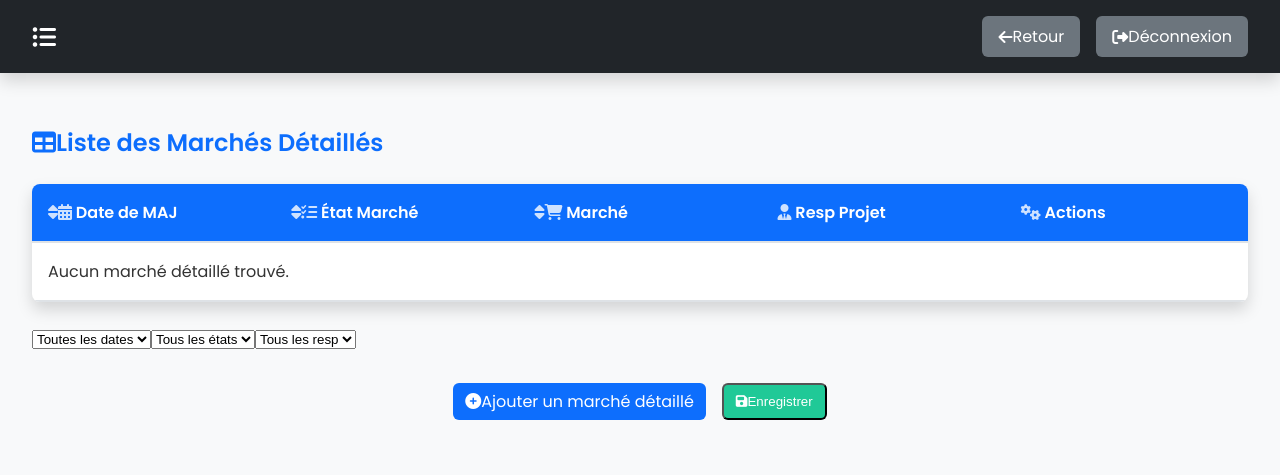
Repository: Andriatiana669/Retour_XP
Page: dashboard/templates/dashboard/liste_marche.html
An editor plug-in stored every save of this project. The page is shown before and after the next save, followed by the edit.
The browser window is 1280 px wide. The pictures show the whole page.
The page is served by the project's application, run on Django 5.2 (manage.py). Other server files are loaded and not shown. The template is opened directly, without the code that normally fills it, so the values that code supplies are empty.

Above is the page before, as saved 2026-01-07 14:48:35.

### dashboard/templates/dashboard/liste_marche.html
<!DOCTYPE html>
<html lang="fr">
<head>
    <meta charset="UTF-8">
    <meta name="viewport" content="width=device-width, initial-scale=1.0">
    <title>Liste des Marchés - {{ marche_global.nom }}</title>
    {% load static %}
    <link rel="stylesheet" href="{% static 'dashboard/css/liste_marche.css' %}">
    <link rel="stylesheet" href="https://cdnjs.cloudflare.com/ajax/libs/font-awesome/6.4.0/css/all.min.css">
    <link href="https://fonts.googleapis.com/css2?family=Poppins:wght@300;400;600&display=swap" rel="stylesheet">

    <!-- petite surcouche pour les boutons d'action -->
    <style>
        .actions-cell{display:flex;gap:.4rem;}
        .actions-cell .btn-voir{padding:.3rem .6rem;font-size:.8rem;}
        .etat-select{max-width:160px;font-size:.85rem;}
        .save-etat-btn{background:var(--success-color);color:#fff;border:none;
                       padding:.25rem .5rem;border-radius:.25rem;font-size:.8rem;cursor:pointer;}
        .center-buttons{display:flex;justify-content:center;gap:1rem;margin:2rem 0;}
    </style>
</head>
<body>
<header>
    <h1><i class="fas fa-list-ul me-2"></i>{{ marche_global.nom }}</h1>
    <nav>
        <a href="{% url 'dashboard:dashboard' %}"><i class="fas fa-arrow-left me-1"></i>Retour</a>
        <a href="{% url 'authentification:logout' %}"><i class="fas fa-sign-out-alt me-1"></i>Déconnexion</a>
    </nav>
</header>

<main>
<h2><i class="fas fa-table me-2" style="color: #0d6efd;"></i>
    <span style="color: #0d6efd;">Liste des Marchés Détaillés</span>
</h2>

<div class="mb-3" id="filtersBar">
    <table class="marches-table">
        <thead>
        <tr>
            <th><i class="fas fa-calendar-alt me-1"></i> Date de MAJ</th>
            <th><i class="fas fa-tasks me-1"></i> État Marché</th>
            <th><i class="fas fa-shopping-cart me-1"></i> Marché</th>
            <th><i class="fas fa-user-tie me-1"></i> Resp Projet</th>
            <th><i class="fas fa-cogs me-1"></i> Actions</th>
        </tr>
        </thead>
        <tbody>
        {% for marche in marches_detailles %}
        <tr data-id="{{ marche.id }}">
            <td>{{ marche.date_maj|date:"d/m/Y H:i" }}</td>

            <!-- État modifiable directement -->
            <td class="etat-cell">
                <form class="etat-inline" style="display:flex;gap:.25rem;align-items:center;">
                    {% csrf_token %}
                    <select name="etat" class="etat-select"
                            style="color:{{ marche.etat_affaire.couleur|default:'#6c757d' }};
                                background:{{ marche.etat_affaire.couleur_fond|default:'#f8f9fa' }};
                                border:1px solid {{ marche.etat_affaire.couleur|default:'#ced4da' }};
                                border-radius:.25rem;padding:.25rem .4rem;font-size:.85rem;font-weight:600;">
                    <option value="">– Non défini –</option>
                    {% for etat in etats %}
                        <option value="{{ etat.id }}"
                                {% if marche.etat_affaire.id == etat.id %}selected{% endif %}
                                style="color:{{ etat.couleur }};background:{{ etat.couleur_fond }};">
                        {{ etat.nom }}
                        </option>
                    {% endfor %}
                    </select>
                    <button type="submit" class="save-etat-btn"
                            style="background:transparent;border:none;color:var(--primary-color);cursor:pointer;">
                    <i class="fas fa-redo"></i>
                    </button>
                </form>
            </td>

            <td>{{ marche.nom_marche }}</td>
            <td>{{ marche.resp_marche }}</td>

            <!-- 3 boutons d'action -->
            <td>
                <div class="actions-cell">
                    <a href="{% url 'marches:description' marche.id %}" class="btn-voir">
                        <i class="fas fa-eye"></i> Voir
                    </a>
                    <a href="{% url 'dashboard:modifier_marche' marche.id %}" class="btn-voir" style="background:var(--secondary-color);">
                        <i class="fas fa-edit"></i> Modifier
                    </a>
                    <a href="{% url 'dashboard:supprimer_marche' marche.id %}" class="btn-voir" style="background:var(--danger-color);"
                    onclick="return confirm('Supprimer ce marché ?');">
                        <i class="fas fa-trash"></i> Supprimer
                    </a>
                </div>
            </td>
        </tr>
        {% empty %}
        <tr><td colspan="5" class="text-center">Aucun marché détaillé trouvé.</td></tr>
        {% endfor %}
        </tbody>
    </table>
</div>

<!-- Boutons centrés -->
<div class="center-buttons">
    <a href="{% url 'dashboard:ajouter_marche' marche_global.id %}" class="btn-voir">
        <i class="fas fa-plus-circle"></i> Ajouter un marché détaillé
    </a>
    <button id="saveAllEtats" class="btn-voir" style="background:var(--success-color);">
        <i class="fas fa-save"></i> <span> Enregistrer </span>
    </button>
</div>
</main>

<script src="{% static 'dashboard/js/liste_marche.js' %}"></script>
</body>
</html>

### Retour_XP/urls.py
"""
URL configuration for Retour_XP project.

The `urlpatterns` list routes URLs to views. For more information please see:
    https://docs.djangoproject.com/en/5.2/topics/http/urls/
Examples:
Function views
    1. Add an import:  from my_app import views
    2. Add a URL to urlpatterns:  path('', views.home, name='home')
Class-based views
    1. Add an import:  from other_app.views import Home
    2. Add a URL to urlpatterns:  path('', Home.as_view(), name='home')
Including another URLconf
    1. Import the include() function: from django.urls import include, path
    2. Add a URL to urlpatterns:  path('blog/', include('blog.urls'))
"""
# Retour_XP/urls.py
from django.contrib import admin
from django.urls import path, include
from django.conf import settings
from django.conf.urls.static import static

urlpatterns = [
    path('admin/', admin.site.urls),
    path('', include('authentification.urls')),
    path('dashboard/', include('dashboard.urls')),
    path('marches/', include('marches.urls')),
]

if settings.DEBUG:
    urlpatterns += static(settings.MEDIA_URL, document_root=settings.MEDIA_ROOT)
    urlpatterns += static(settings.STATIC_URL, document_root=settings.STATIC_ROOT)

### authentification/urls.py
# authentification/urls.py
from django.urls import path
from . import views

app_name = 'authentification'

urlpatterns = [
    path('', views.login_view, name='login'),
    path('logout/', views.custom_logout, name='logout'),   # ← nouvelle ligne
]

### dashboard/urls.py
# dashboard/urls.py
from django.urls import path
from . import views

app_name = 'dashboard'

urlpatterns = [
    path('', views.dashboard_view, name='dashboard'),
    path('marche/<int:marche_global_id>/', views.liste_marche_view, name='liste_marche'),
    path('marche/<int:marche_global_id>/ajouter/', views.ajouter_marche_view, name='ajouter_marche'),
    path('marche/change-etat/<int:pk>/', views.change_etat_view, name='change_etat'),
    path('marche/modifier/<int:pk>/', views.modifier_marche_view, name='modifier_marche'),
    path('marche/supprimer/<int:pk>/', views.supprimer_marche_view, name='supprimer_marche'),
]

### marches/urls.py
# marches/urls.py
from django.urls import path
from . import views

app_name = 'marches'

urlpatterns = [
    path('description/<int:marche_detaille_id>/', views.description_view, name='description'),
]

### dashboard/static/dashboard/css/liste_marche.css
/* ===== RESET & VARIABLES ===== */
:root {
    --primary-color: #0d6efd;
    --secondary-color: #6c757d;
    --success-color: #20c997;
    --danger-color: #dc3545;
    --light-color: #f8f9fa;
    --dark-color: #212529;
    --shadow-sm: 0 0.125rem 0.25rem rgba(0, 0, 0, 0.075);
    --shadow-md: 0 0.5rem 1rem rgba(0, 0, 0, 0.15);
    --transition: all 0.3s ease;
    --hover-bg: rgba(13, 110, 253, 0.1);
    --border-color: #dee2e6;
}

body {
    font-family: 'Poppins', Arial, sans-serif;
    margin: 0;
    padding: 0;
    background-color: var(--light-color);
    color: #333;
}

/* ===== HEADER ===== */
header {
    background-color: var(--dark-color);
    color: #fff;
    padding: 1rem 2rem;
    display: flex;
    justify-content: space-between;
    align-items: center;
    box-shadow: var(--shadow-md);
    position: sticky;
    top: 0;
    z-index: 100;
}

header h1 {
    margin: 0;
    font-size: 1.5rem;
    font-weight: 600;
    display: flex;
    align-items: center;
}

nav {
    display: flex;
    gap: 1rem;
}

nav a {
    color: #fff;
    text-decoration: none;
    padding: 0.5rem 1rem;
    background-color: var(--secondary-color);
    border-radius: 0.375rem;
    transition: var(--transition);
    display: flex;
    align-items: center;
}

nav a:hover {
    background-color: #5a6268;
    transform: translateY(-1px);
}

/* ===== MAIN CONTENT ===== */
main {
    padding: 2rem;
    max-width: 1400px;
    margin: 0 auto;
}

main h2 {
    margin-bottom: 1.5rem;
    display: flex;
    align-items: center;
    font-size: 1.5rem;
    color: var(--primary-color);
}

/* ===== TABLE STYLES ===== */
.marches-table {
    width: 100%;
    background: white;
    border-radius: 0.5rem;
    overflow: hidden;
    box-shadow: var(--shadow-md);
    border-collapse: separate;
    border-spacing: 0;
}

/* En-tête du tableau */
.marches-table thead {
    display: table;
    width: 100%;
    table-layout: fixed;
}

.marches-table th {
    background-color: var(--primary-color);
    color: white;
    padding: 1rem;
    text-align: left;
    font-weight: 600;
    border-bottom: 0px solid rgba(255, 255, 255, 0.2);
}

.marches-table th i {
    color: rgba(255, 255, 255, 0.8);
}

/* Corps du tableau */
.marches-table tbody {
    display: table;
    width: 100%;
    table-layout: fixed;
}

.marches-table td {
    padding: 1rem;
    border-bottom: 1px solid var(--border-color);
    vertical-align: middle;
}

/* Première ligne du tbody */
.marches-table tbody tr:first-child td {
    border-top: 2px solid var(--border-color);
    border-bottom: 2px solid var(--border-color);
}

/* Dernière ligne du tbody */
.marches-table tr:last-child td {
    border-top: 2px solid var(--border-color);
    border-bottom: 2px solid var(--border-color);
}

/* Animation au survol */
.marches-table tr {
    transition: var(--transition);
}

.marches-table tbody tr:hover {
    background-color: var(--hover-bg);
    transform: scale(1.005);
    box-shadow: inset 0 0 0 9999px var(--hover-bg);
}

/* ===== BADGES & BUTTONS ===== */
.etat-badge {
    padding: 0.375rem 0.75rem;
    border-radius: 0.375rem;
    font-size: 0.875rem;
    font-weight: 600;
    display: inline-block;
    min-width: 80px;
    text-align: center;
}

.btn-voir {
    padding: 0.375rem 0.75rem;
    background-color: var(--primary-color);
    color: white;
    text-decoration: none;
    border-radius: 0.375rem;
    transition: var(--transition);
    display: flex;
    align-items: center;
    justify-content: center;
    width: fit-content;
}

.btn-voir:hover {
    background-color: #0b5ed7;
    transform: translateY(-1px);
    cursor: pointer;
}

#filtersBar {
  display: flex;
  flex-wrap: wrap;
  gap: 1rem;              /* espace HORIZONTAL entre filtres */
  margin-bottom: 1.5rem;  /* espace VERTICAL avant le tableau */
  align-items: center;
}

#filtersBar .filter-label {
  font-weight: 600;
  color: var(--dark-color, #212529);
  font-size: .9rem;
  white-space: nowrap;
}

#filtersBar select {
  min-width: 180px;
  font-size: .85rem;
  padding: .35rem .5rem;
  border: 1px solid var(--border-color, #ced4da);
  border-radius: .25rem;
  background: #fff;
  transition: border-color .2s, box-shadow .2s;
}

#filtersBar select:focus {
  border-color: var(--primary-color, #0d6efd);
  box-shadow: 0 0 0 .15rem rgba(13,110,253,.25);
  outline: none;
}

/* ===== RESPONSIVE ===== */
@media (max-width: 768px) {
    .marches-table {
        font-size: 0.875rem;
    }

    .marches-table th,
    .marches-table td {
        padding: 0.75rem;
    }

    nav {
        flex-direction: column;
        align-items: flex-end;
    }
}

### dashboard/static/dashboard/js/liste_marche.js
/*  dashboard/static/dashboard/js/liste_marche.js  */
document.addEventListener('DOMContentLoaded', () => {
    /* ---------- UTILS ---------- */
    const $ = s => document.querySelector(s);
    const $$ = s => [...document.querySelectorAll(s)];

    const table   = $('.marches-table tbody');
    const rows    = $$('tr[data-id]');
    const csrf    = $('[name=csrfmiddlewaretoken]')?.value;

    /* ---------- TRI ---------- */
    let sortState = {}; // {colIndex: 1|-1}
    $$('thead th').forEach((th, idx) => {
        if (idx > 2) return; // on ne tri que les 3 premières colonnes
        th.style.cursor = 'pointer';
        th.insertAdjacentHTML('afterbegin', '<i class="fas fa-sort ms-1 text-muted"></i>');
        th.addEventListener('click', () => {
            const dir = (sortState[idx] || 1) * -1;
            sortState = {[idx]: dir};
            const sorted = [...rows].sort((a, b) => {
                let va = a.cells[idx].textContent.trim();
                let vb = b.cells[idx].textContent.trim();
                if (idx === 0) { // Date de MAJ
                    va = new Date(va.split('/').reverse().join('-'));
                    vb = new Date(vb.split('/').reverse().join('-'));
                }
                return va > vb ? dir : -dir;
            });
            sorted.forEach(r => table.appendChild(r));
        });
    });

    /* ---------- FILTRES ---------- */
    // 1) filtre Date
    const dateFilter = document.createElement('select');
    dateFilter.className = 'form-select form-select-sm d-inline-block w-auto me-3';
    dateFilter.innerHTML = `
        <option value="all">Toutes les dates</option>
        <option value="today">Aujourd'hui</option>
        <option value="week">Cette semaine</option>
        <option value="month">Ce mois</option>`;
    $('.center-buttons').before(dateFilter);

    // 2) filtre État
    const etatFilter = document.createElement('select');
    etatFilter.className = 'form-select form-select-sm d-inline-block w-auto me-3';
    etatFilter.innerHTML = '<option value="all">Tous les états</option>';
    const etats = [...new Set(rows.map(r => r.querySelector('select[name="etat"] option:checked')?.textContent.trim() || 'Non défini'))];
    etats.sort().forEach(e => etatFilter.innerHTML += `<option value="${e}">${e}</option>`);
    $('.center-buttons').before(etatFilter);

    // 3) filtre Resp
    const respFilter = document.createElement('select');
    respFilter.className = 'form-select form-select-sm d-inline-block w-auto me-3';
    respFilter.innerHTML = '<option value="all">Tous les resp</option>';
    const resps = [...new Set(rows.map(r => r.cells[3].textContent.trim()))];
    resps.sort().forEach(r => respFilter.innerHTML += `<option value="${r}">${r}</option>`);
    $('.center-buttons').before(respFilter);

    /* ---------- APPLICATION DES FILTRES ---------- */
    function applyFilters() {
        const dVal = dateFilter.value;
        const eVal = etatFilter.value;
        const rVal = respFilter.value;

        const now = new Date();
        const startOfWeek = new Date(now.setDate(now.getDate() - now.getDay()));
        const startOfMonth = new Date(now.getFullYear(), now.getMonth(), 1);

        rows.forEach(tr => {
            const dateTxt = tr.cells[0].textContent.trim();
            const dateRow = new Date(dateTxt.split('/').reverse().join('-'));
            const etatTxt = tr.querySelector('select[name="etat"] option:checked')?.textContent.trim() || 'Non défini';
            const respTxt = tr.cells[3].textContent.trim();

            let okDate = dVal === 'all' ||
                (dVal === 'today' && dateRow.toDateString() === new Date().toDateString()) ||
                (dVal === 'week' && dateRow >= startOfWeek) ||
                (dVal === 'month' && dateRow >= startOfMonth);

            let okEtat = eVal === 'all' || etatTxt === eVal;
            let okResp = rVal === 'all' || respTxt === rVal;

            tr.style.display = (okDate && okEtat && okResp) ? '' : 'none';
        });
    }
    dateFilter.addEventListener('change', applyFilters);
    etatFilter.addEventListener('change', applyFilters);
    respFilter.addEventListener('change', applyFilters);

    /* ---------- SAUVEGARDE RAPIDE DES ÉTATS ---------- */
    const saveBtn = $('#saveAllEtats');
    if (saveBtn) {
        saveBtn.addEventListener('click', async () => {
            let okCount = 0;
            for (const tr of rows) {
                if (tr.style.display === 'none') continue; // on ignore les lignes cachées
                const id = tr.dataset.id;
                const etatId = tr.querySelector('select[name="etat"]').value;
                try {
                    const resp = await fetch(`/dashboard/marche/change-etat/${id}/`, {
                        method: 'POST',
                        headers: {'X-CSRFToken': csrf, 'Content-Type': 'application/json'},
                        body: JSON.stringify({etat: etatId})
                    });
                    if (resp.ok) okCount++;
                } catch (e) { console.error(e); }
            }
            alert(`${okCount} état(s) mis à jour`);
            location.reload();
        });
    }
});

After the next save:
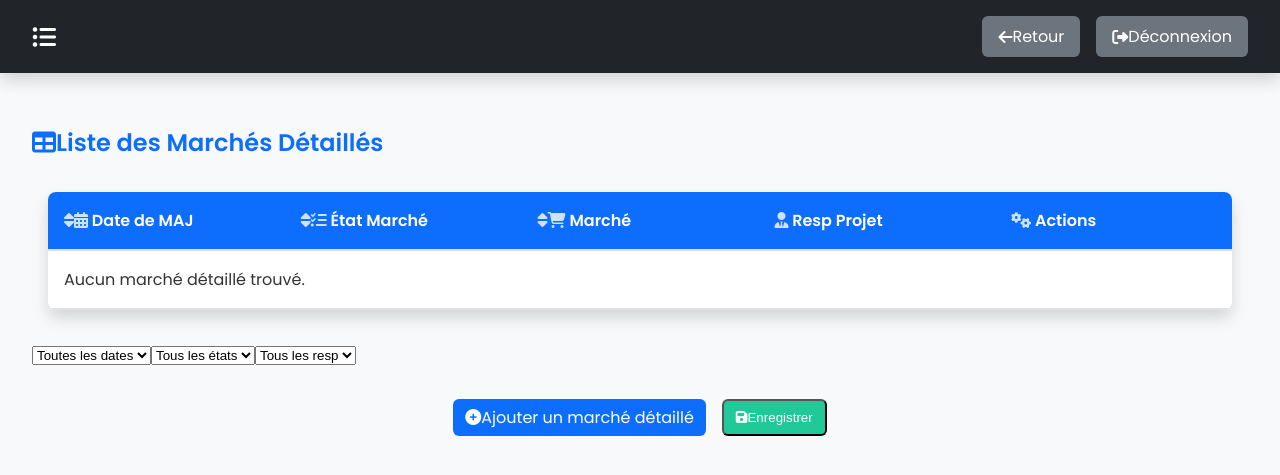
Saved 34 s later.
--- a/dashboard/static/dashboard/css/liste_marche.css
+++ b/dashboard/static/dashboard/css/liste_marche.css
@@ -182,6 +182,7 @@
   gap: 1rem;              /* espace HORIZONTAL entre filtres */
   margin-bottom: 1.5rem;  /* espace VERTICAL avant le tableau */
   align-items: center;
+  padding: .5rem 1rem;   /* retrait latéral */
 }
 
 #filtersBar .filter-label {

After the save that followed:
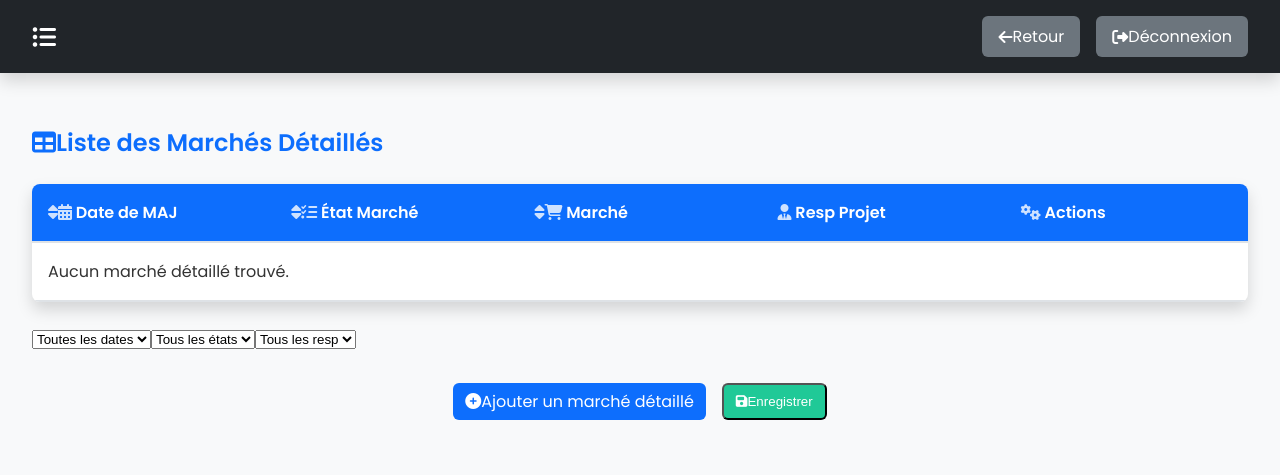
Saved 12 s later.
--- a/dashboard/static/dashboard/css/liste_marche.css
+++ b/dashboard/static/dashboard/css/liste_marche.css
@@ -182,7 +182,6 @@
   gap: 1rem;              /* espace HORIZONTAL entre filtres */
   margin-bottom: 1.5rem;  /* espace VERTICAL avant le tableau */
   align-items: center;
-  padding: .5rem 1rem;   /* retrait latéral */
 }
 
 #filtersBar .filter-label {
